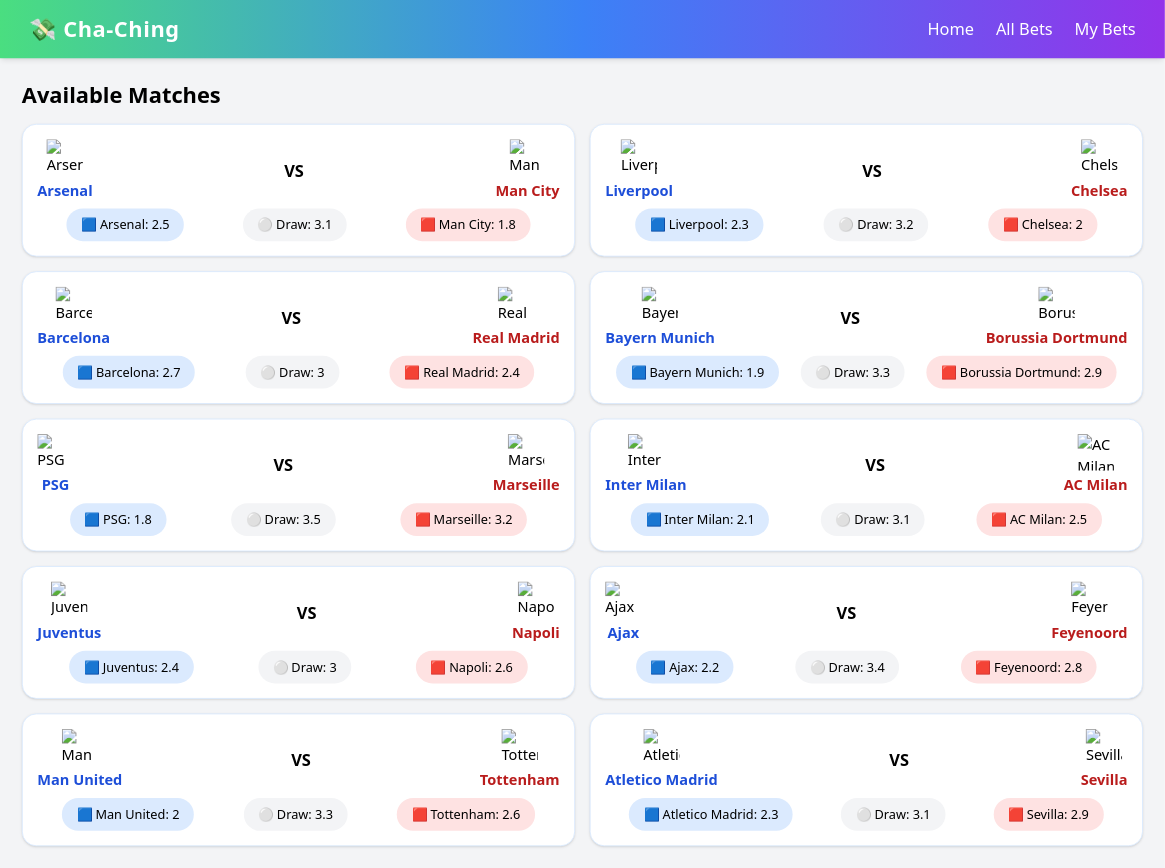
Repository: PEEZYBEE/cha-ching
Page: /bets
An editor plug-in stored every save of this project. The page is shown before and after the next save, followed by the edit.
The browser window is 1280 px wide. The pictures show the whole page, at 91% of full size.
The project was rebuilt for these pictures with package versions that can differ from the ones it lists, and the page was loaded fresh each time. Requests to the local data server were answered from the project's data file. Also part of the build but not shown: vite.config.js, src/pages/HomePage.jsx, src/components/BetForm.jsx, src/pages/MyBetsPage.jsx, src/pages/ResultsPage.jsx.

Above is the page before, as saved 2025-04-20 03:24:02.

After the next save:
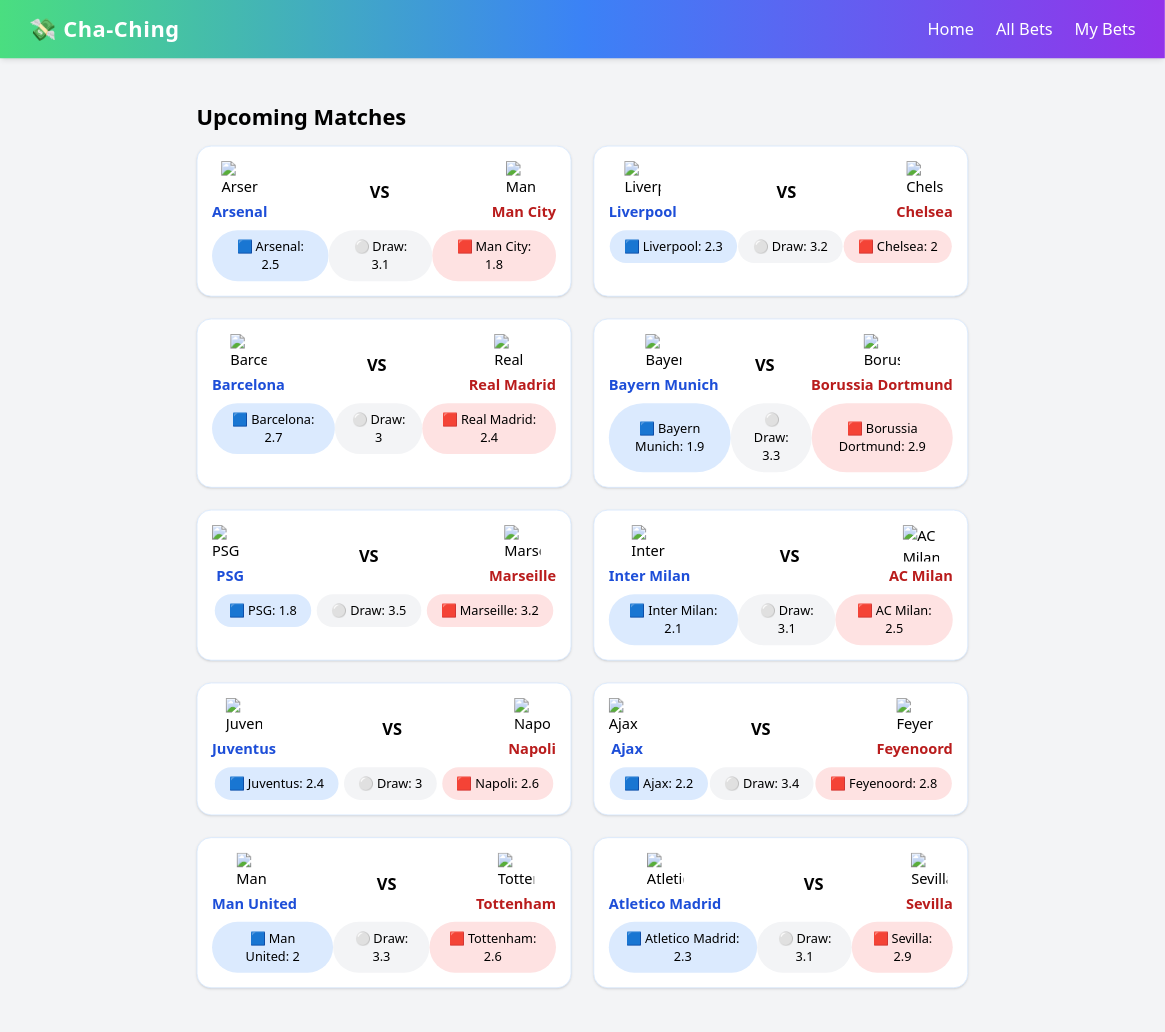
Saved 63 s later.
--- a/src/pages/BetsPage.jsx
+++ b/src/pages/BetsPage.jsx
@@ -1,4 +1,4 @@
-import { useState, useEffect } from "react";
+import { useEffect, useState } from "react";
 import MatchCardFixed from "../components/MatchCardFixed";
 import BetForm from "../components/BetForm";
 
@@ -8,8 +8,12 @@
 
   useEffect(() => {
     fetch("http://localhost:3000/games")
-      .then((r) => r.json())
-      .then(setGames);
+      .then((res) => res.json())
+      .then((data) => {
+        console.log("Fetched games:", data);
+        setGames(data);
+      })
+      .catch((err) => console.error("Error fetching games:", err));
   }, []);
 
   function handlePlaceBet(game) {
@@ -19,33 +23,41 @@
   function handleSubmitBet(newBet) {
     fetch("http://localhost:3000/bets", {
       method: "POST",
-      headers: { "Content-Type": "application/json" },
-      body: JSON.stringify(newBet)
+      headers: {
+        "Content-Type": "application/json",
+      },
+      body: JSON.stringify(newBet),
     })
-      .then((r) => r.json())
-      .then(() => {
-        setSelectedGame(null); // closes form
-        alert("Bet submitted successfully!");
+      .then((res) => res.json())
+      .then((data) => {
+        console.log("Bet submitted:", data);
+        setSelectedGame(null);
+        alert("Bet placed!");
       })
-      .catch((err) => {
-        console.error("Failed to submit bet:", err);
-        alert("Something went wrong submitting the bet.");
-      });
+      .catch((err) => console.error("Error placing bet:", err));
   }
 
   return (
-    <div>
-      <h2 className="text-2xl font-bold mb-4">Available Matches</h2>
+    <div className="p-6 max-w-4xl mx-auto">
+      <h2 className="text-2xl font-bold mb-4">Upcoming Matches</h2>
 
       {selectedGame && (
         <BetForm game={selectedGame} onSubmitBet={handleSubmitBet} />
       )}
 
-      <div className="grid grid-cols-1 md:grid-cols-2 gap-4">
-        {games.map((game) => (
-          <MatchCardFixed key={game.id} match={game} onPlaceBet={handlePlaceBet} />
-        ))}
-      </div>
+      {games.length === 0 ? (
+        <p>Loading games...</p>
+      ) : (
+        <div className="grid gap-6 sm:grid-cols-1 md:grid-cols-2 lg:grid-cols-2">
+          {games.map((game) => (
+            <MatchCardFixed
+              key={game.id}
+              match={game}
+              onPlaceBet={handlePlaceBet}
+            />
+          ))}
+        </div>
+      )}
     </div>
   );
 }
